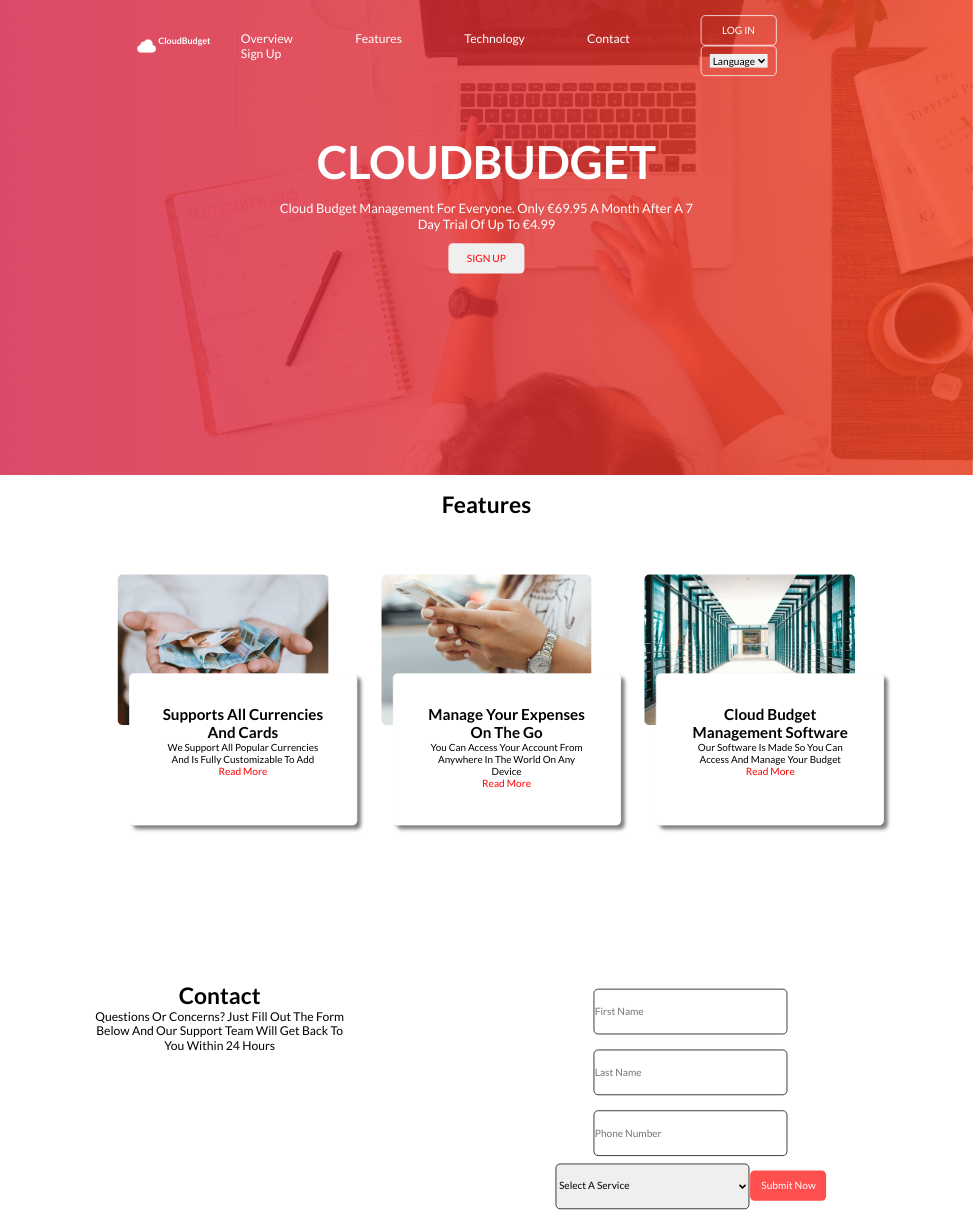
Repository: havvanurrana/website3
Page: index.html
The author's editor kept a copy of each file at every save. The page is drawn from the files as they stood at one save, then again after the next save.
The browser window is 1280 px wide. The pictures show the whole page, at 76% of full size.

Above is the page before, as saved 2024-07-30 11:40:12.
Console error: TypeError: Cannot read properties of null (reading 'addEventListener')

After the next save:
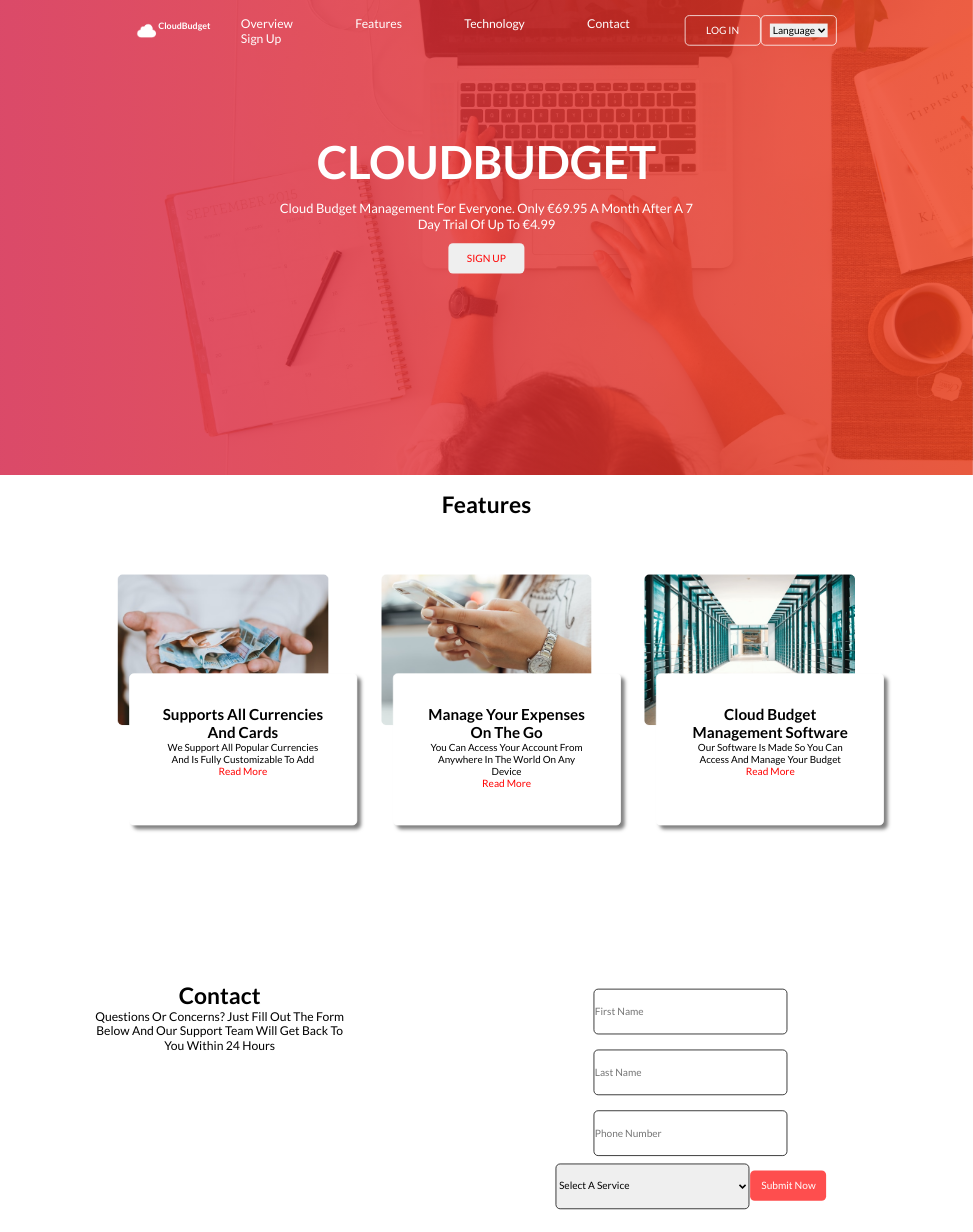
Saved 74 s later.
--- a/style.css
+++ b/style.css
@@ -52,11 +52,11 @@ h1{
    gap: 0px;
    background-color: transparent;
 }
- /*.buttons{
+ .header-menu .buttons{
    left: 0;
    display: flex;
    justify-content: flex-start;
-}*/
+}
 .overview-section{
    min-height: 100vh;
    display: flex;
